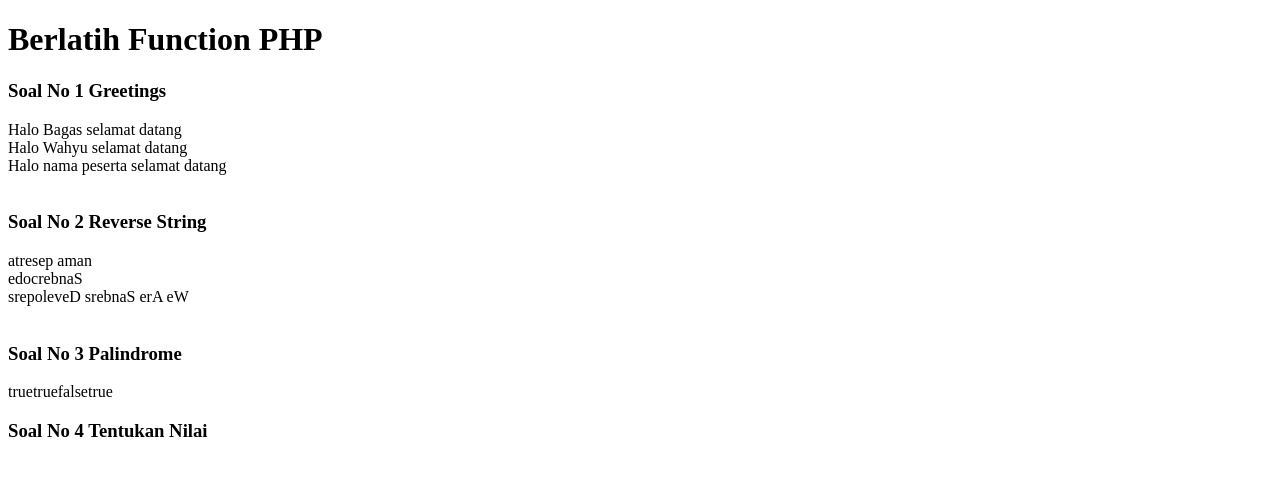
Repository: mfarhannr/IM-Sanbercode-Laravel-Web-Dev
Page: http://localhost/function-conditional.php
An editor plug-in stored every save of this project. The page is shown before and after the next save, followed by the edit.
The browser window is 1280 px wide. The pictures show the whole page.
The page is run by PHP 8.4 with error messages shown; the project is at /var/www/html/.

Above is the page before, as saved 2023-10-06 13:23:19.

After the next save:
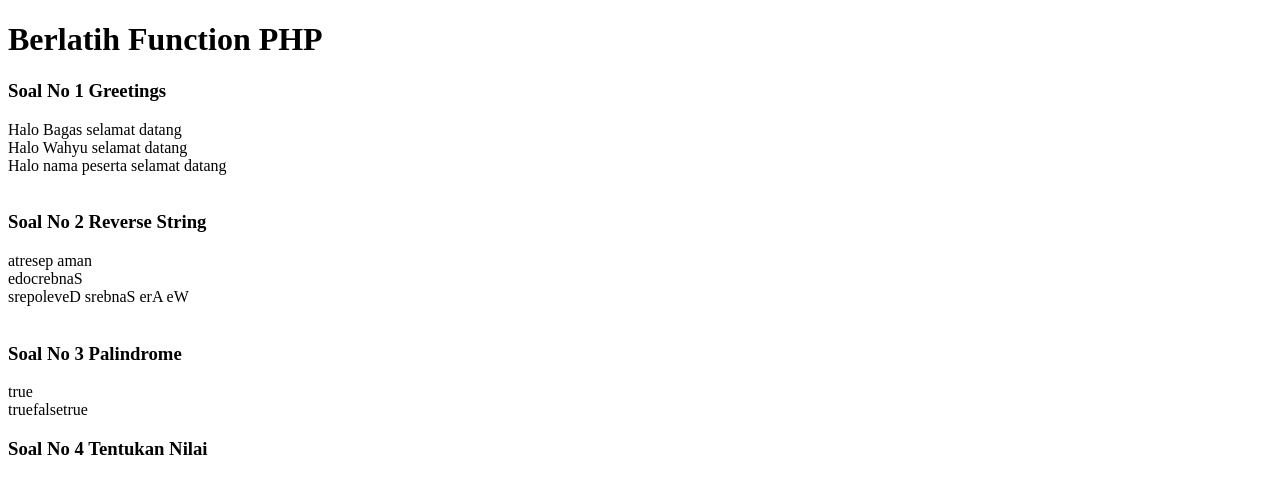
Saved 6 s later.
--- a/Soal-8-PHP/function-conditional.php
+++ b/Soal-8-PHP/function-conditional.php
@@ -99,7 +99,7 @@ function palindrome($str) {
 }
 
 // Contoh penggunaan
-echo palindrome("civic") . ""; // Output: true
+echo palindrome("civic") . "<br>"; // Output: true
 echo palindrome("nababan"); // Output: true
 echo palindrome("jambaban"); // Output: false
 echo palindrome("racecar"); // Output: true
